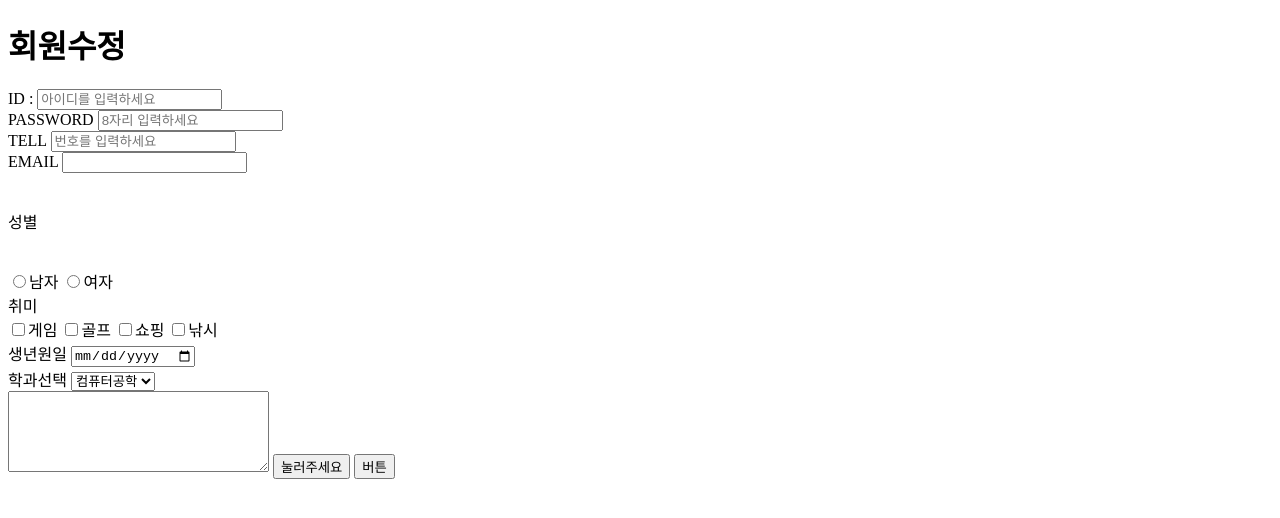
Repository: jaehyeon0418/workspace123
Page: w1026/src/main/webapp/w1026_02.html
An editor plug-in stored every save of this project. The page is shown before and after the next save, followed by the edit.
The browser window is 1280 px wide. The pictures show the whole page.

Above is the page before, as saved 2022-10-26 02:04:13.

After the next save:
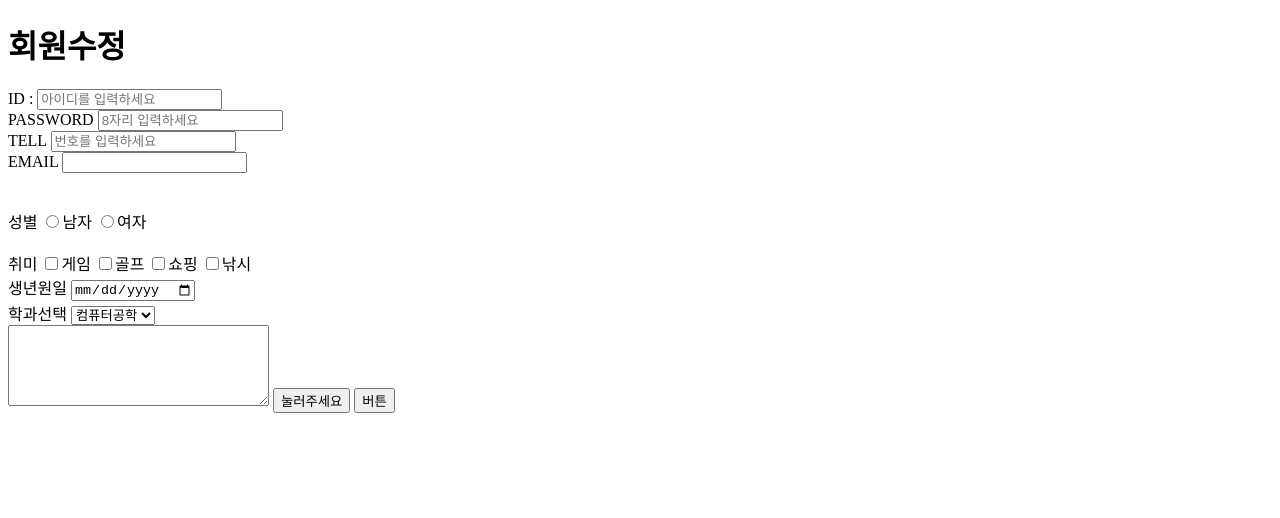
Saved 27 s later.
--- a/w1026/src/main/webapp/w1026_02.html
+++ b/w1026/src/main/webapp/w1026_02.html
@@ -13,14 +13,13 @@
 		<label for= "email">EMAIL</label> <input type="email" name="email" id = " email"><br>
 	</form>
 	<br>
-	<br> 성별
+	<br>
+	성별
+	<input type="radio" name="gender" value="man">남자
+	<input type="radio" name="gender" value="woman">여자
 	<br>
 	<br>
-	<br>
-	<input type="radio" name="gender" value="man">남자
-	<input type="radio" name="gender" value="woman">여자
-	<br> 취미
-	<br>
+	취미
 	<input type="checkbox" name="game" value="game">게임
 	<input type="checkbox" name="golf" value="golf">골프
 	<input type="checkbox" name="shop" value="shop">쇼핑
